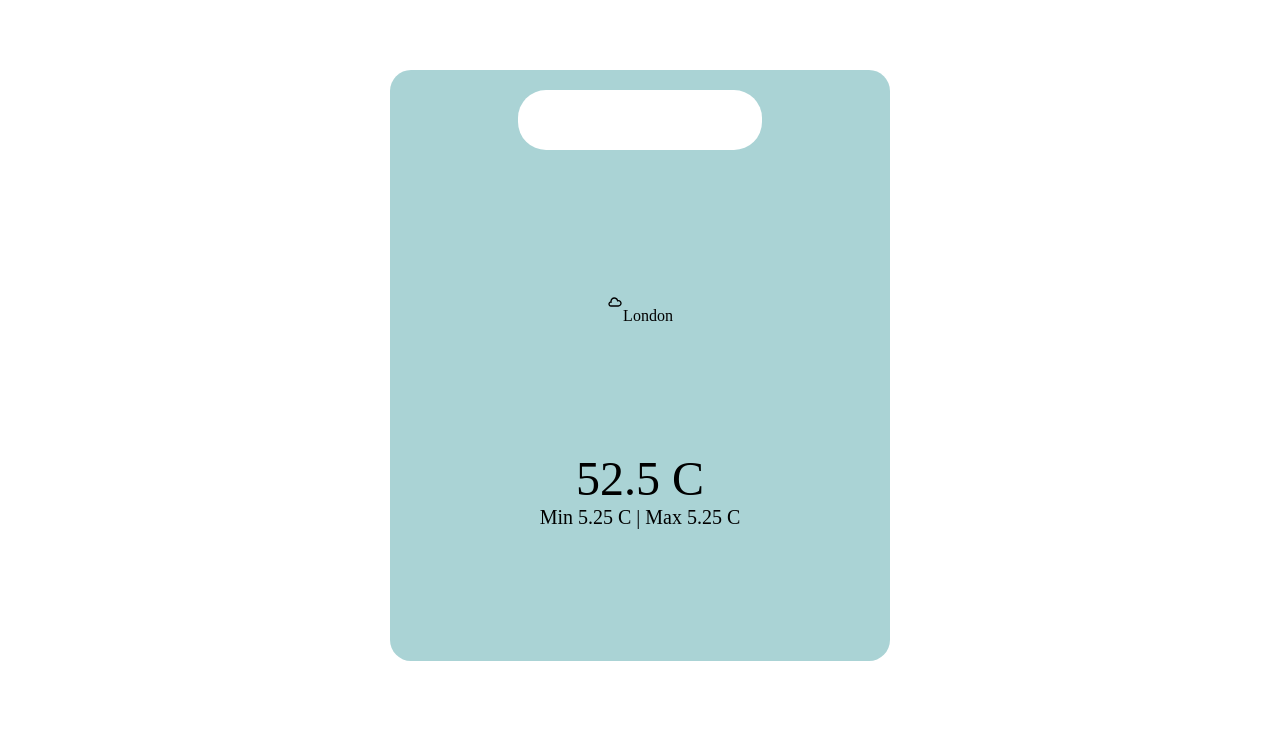
Repository: WajihaGul/Weather-App
Page: /
The author's editor kept a copy of each file at every save. The page is drawn from the files as they stood at one save, then again after the next save.
The browser window is 1280 px wide. The pictures show the whole page.
The project was rebuilt for these pictures with package versions that can differ from the ones it lists, and the page was loaded fresh each time. Also part of the build but not shown: src/index.css.

Above is the page before, as saved 2024-05-29 18:24:03.

### public/index.html
<!DOCTYPE html>
<html lang="en">
  <head>
    <meta charset="utf-8" />
    <link rel="icon" href="%PUBLIC_URL%/favicon.ico" />
    <meta name="viewport" content="width=device-width, initial-scale=1" />
    <meta name="theme-color" content="#000000" />
    <meta
      name="description"
      content="Web site created using create-react-app"
    />
    <link rel="apple-touch-icon" href="%PUBLIC_URL%/logo192.png" />
    <!--
      manifest.json provides metadata used when your web app is installed on a
      user's mobile device or desktop. See https://developers.google.com/web/fundamentals/web-app-manifest/
    -->
    <link rel="stylesheet" href="https://cdnjs.cloudflare.com/ajax/libs/font-awesome/6.5.2/css/all.min.css" integrity="sha512-SnH5WK+bZxgPHs44uWIX+LLJAJ9/2PkPKZ5QiAj6Ta86w+fsb2TkcmfRyVX3pBnMFcV7oQPJkl9QevSCWr3W6A==" crossorigin="anonymous" referrerpolicy="no-referrer" />
    <link rel="manifest" href="%PUBLIC_URL%/manifest.json" />
    <!--
      Notice the use of %PUBLIC_URL% in the tags above.
      It will be replaced with the URL of the `public` folder during the build.
      Only files inside the `public` folder can be referenced from the HTML.

      Unlike "/favicon.ico" or "favicon.ico", "%PUBLIC_URL%/favicon.ico" will
      work correctly both with client-side routing and a non-root public URL.
      Learn how to configure a non-root public URL by running `npm run build`.
    -->
    <title>Weather App</title>
  </head>
  <body>
    <noscript>You need to enable JavaScript to run this app.</noscript>
    <div id="root"></div>
    <!--
      This HTML file is a template.
      If you open it directly in the browser, you will see an empty page.

      You can add webfonts, meta tags, or analytics to this file.
      The build step will place the bundled scripts into the <body> tag.

      To begin the development, run `npm start` or `yarn start`.
      To create a production bundle, use `npm run build` or `yarn build`.
    -->
  </body>
</html>

### src/App.js
import Weather from "./Components/Weather/Weather";
function App() {
  return <Weather />;
}

export default App;

### src/Components/Weather/Weather.jsx
import styles from "./Weather.module.css";
import { TiWeatherCloudy } from "react-icons/ti";
const Weather = () => {
  return (
    <>
      <div className={styles.divhead}>
        <div>
          <input className={styles.search} type="search" />
        </div>
        <div className={styles.city}>
          <TiWeatherCloudy style={{ height: "52px", marginBottom: "-7px" }} />
          London
        </div>
        <div className={styles.temperature}>52.5 C</div>
        <div className={styles.minmax}>Min 5.25 C | Max 5.25 C</div>
      </div>
    </>
  );
};

export default Weather;

### src/Components/Weather/Weather.module.css
.divhead{
        height: 591px;
    width: 500px;
    background-color: #aad3d5;
    margin: 0 auto;
    margin-top: 70px;
    margin-bottom: 70px;
    display: flex;
    flex-direction: column;
    align-items: center;
    border-radius: 21px;
}
.search{
    margin-top: 20px;
    width: 244px;
    height: 60px;
    border: none;
    border-radius: 28px;
}
.city{
      padding-left: 50px;
    padding-right: 50px;
    padding-top: 126px;
    padding-bottom: 126px;
    font-family: emoji;
}
.temperature{
    font-size: xxx-large;
}

.minmax{
    font-size: 20px;
}

Loaded but not shown: src/index.js (common file); src/reportWebVitals.js (common file)

After the next save:
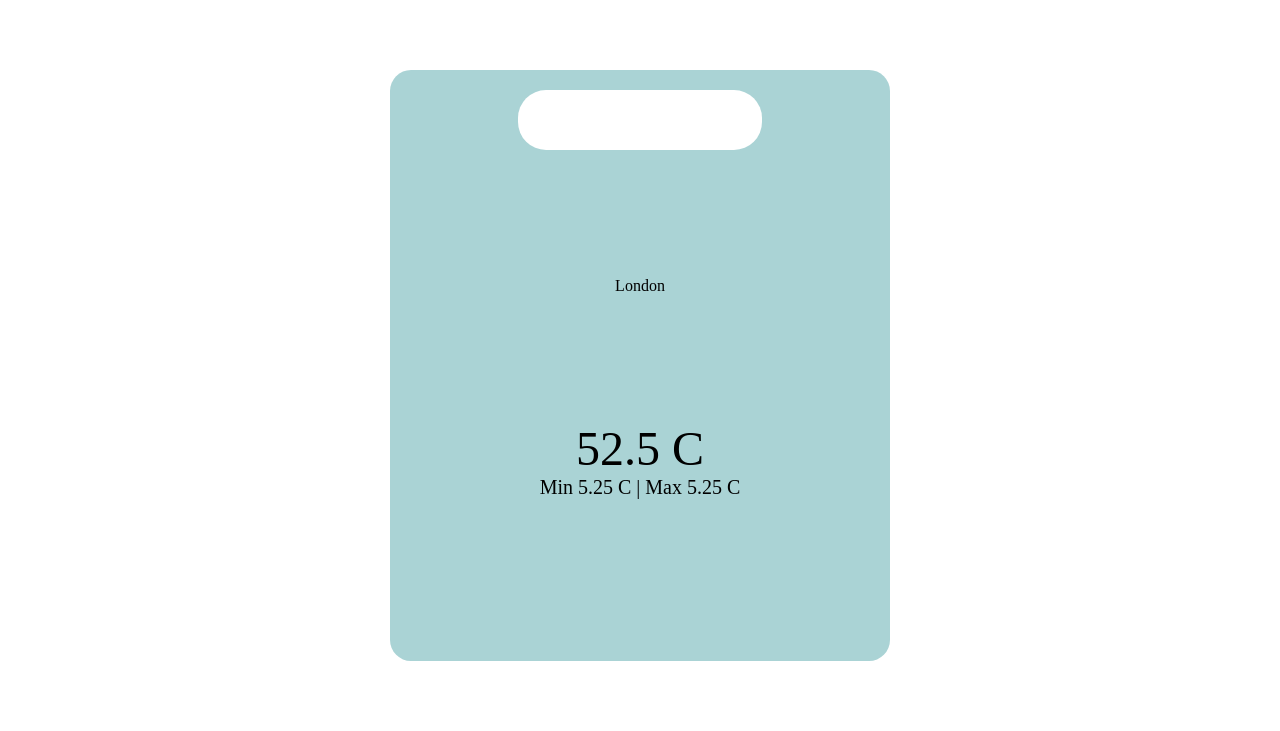
Saved 55 s later.
--- a/src/Components/Weather/Weather.jsx
+++ b/src/Components/Weather/Weather.jsx
@@ -8,7 +8,7 @@ const Weather = () => {
           <input className={styles.search} type="search" />
         </div>
         <div className={styles.city}>
-          <TiWeatherCloudy style={{ height: "52px", marginBottom: "-7px" }} />
+          {/* <TiWeatherCloudy style={{ height: "52px", marginBottom: "-7px" }} /> */}
           London
         </div>
         <div className={styles.temperature}>52.5 C</div>
